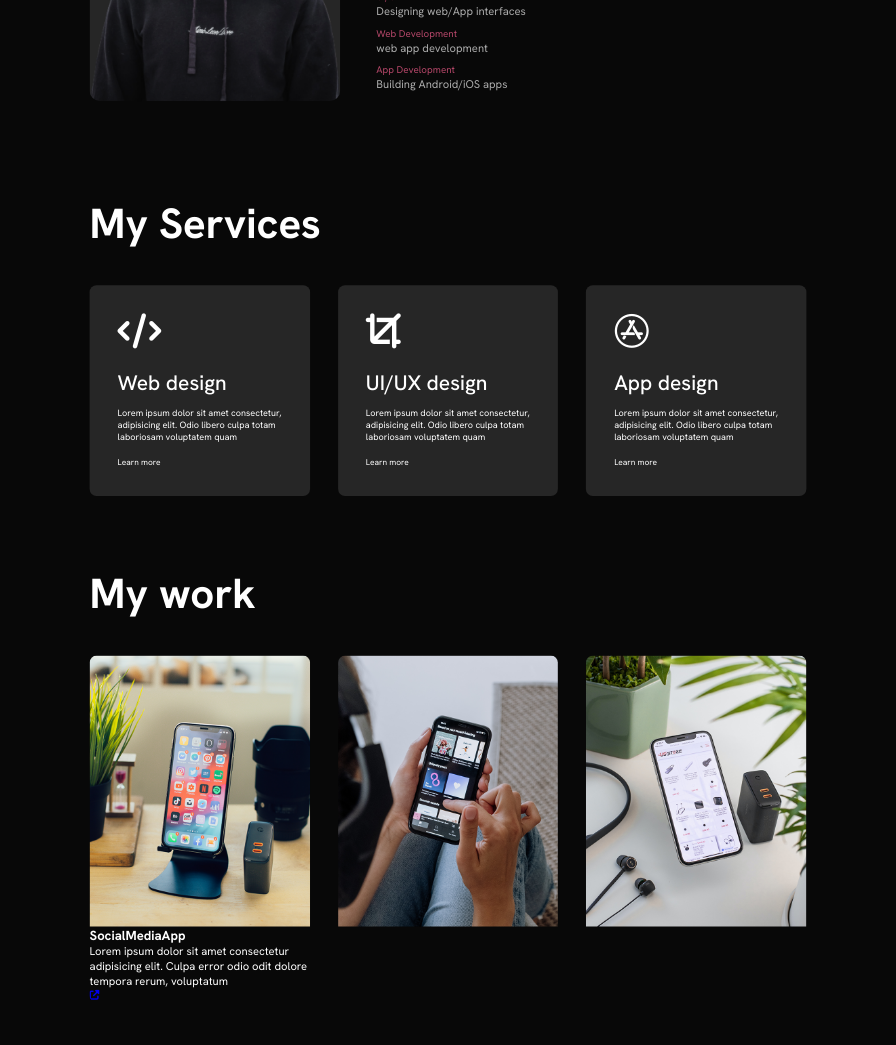
Repository: devsajid/Portfolio-website-with-HTML-CSS-JS
Page: index.html
The author's editor kept a copy of each file at every save. The page is drawn from the files as they stood at one save, then again after the next save.
The browser window is 1280 px wide. The pictures show the part of the page from y = 1131 to 3051 px (the page is 2624 px tall before and 3051 px after), at 70% of full size.

Above is the page before, as saved 2022-12-26 09:12:12.

After the next save:
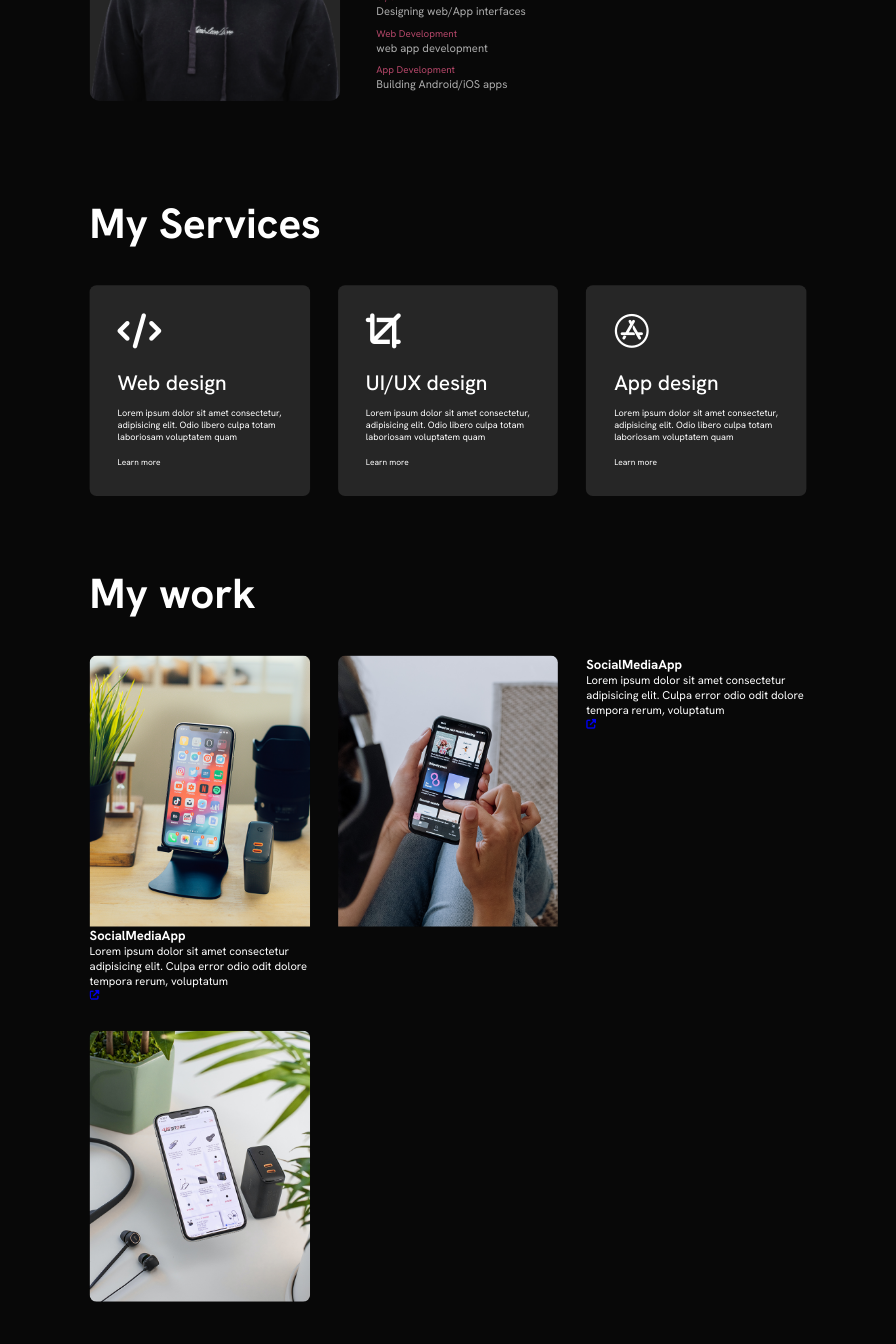
Saved 49 s later.
--- a/index.html
+++ b/index.html
@@ -164,6 +164,14 @@
           <div class="work">
             <img src="images/work-2.png" alt="mywork" />
           </div>
+          <div class="layer">
+            <h3>SocialMediaApp</h3>
+            <p>
+              Lorem ipsum dolor sit amet consectetur adipisicing elit. Culpa
+              error odio odit dolore tempora rerum, voluptatum
+            </p>
+            <a href="#"><i class="fa-solid fa-up-right-from-square"></i></a>
+          </div>
           <div class="work">
             <img src="images/work-3.png" alt="mywork" />
           </div>
